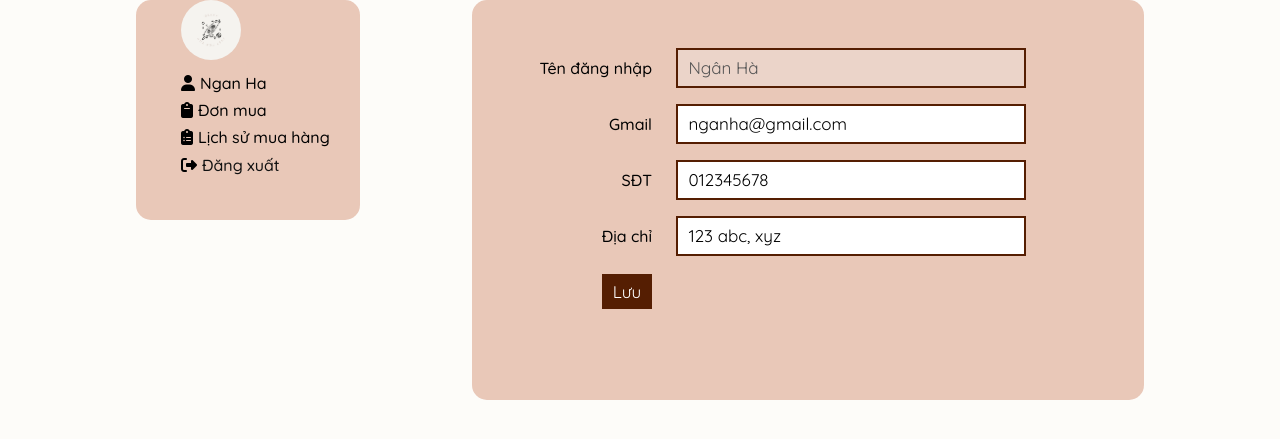
Repository: nganha241/store
Page: profile.html
These files come from the project's save history. The page is drawn as it stood at one moment and after the next save; the edit follows.
The browser window is 1280 px wide. The pictures show the whole page.
Some web libraries are served in a nearby version.

Above is the page before, as saved 2022-04-22 15:36:46.

### profile.html
<!DOCTYPE html>
<html lang="en">
  <head>
    <meta charset="UTF-8" />
    <meta http-equiv="X-UA-Compatible" content="IE=edge" />
    <meta name="viewport" content="width=device-width, initial-scale=1.0" />
    <title>Document</title>
    <link rel="stylesheet" href="style.css" />
  </head>

  <body>
    <div class="container">
      <div class="profile">
        <div class="active">
          <div class="list">
            <div class="avatar"><img src="./img/logo.png" alt="" /></div>
            <div class="name">
              <i class="fa fa-user" aria-hidden="true"></i>Ngan Ha
            </div>

            <div class="order"><i class="fas fa-clipboard"></i>Đơn mua</div>

            <div><i class="fas fa-clipboard-list"></i>Lịch sử mua hàng</div>

            <div>
              <i class="fas fa-sign-out-alt"></i><a href="#">Đăng xuất</a>
            </div>
          </div>
        </div>

        <div class="my-profile">
          <div class="list-detail">
            <div class="name">
              <form>
                <div>
                  <label>Tên đăng nhập</label>
                  <input type="text" value="Ngân Hà" disabled />
                </div>
                <div>
                  <label>Gmail</label>
                  <input type="text" value="nganha@gmail.com" />
                </div>
                <div>
                  <label>SĐT</label>
                  <input type="text" value="012345678" />
                </div>
                <div>
                  <label>Địa chỉ</label>
                  <input type="text" value="123 abc, xyz" />
                </div>
                <button>Lưu</button>
              </form>
            </div>
          </div>
        </div>
      </div>
    </div>
    <script
      src="https://kit.fontawesome.com/ae971d7ee0.js"
      crossorigin="anonymous"
    ></script>
  </body>
</html>

### style.css
@import url('https://fonts.googleapis.com/css2?family=Quicksand:wght@300;400;500;600;700&family=Space+Grotesk:wght@300;400&display=swap');

* {
    font-family: 'Quicksand', sans-serif;
    box-sizing: border-box;
}

body {
    background: #fdfcf9;
    position: relative;
    height: auto;
    padding: 0;
    margin: 0;
}

a {
    text-decoration: none;
}

li {
    list-style: none;
}

.header {
    padding: 40px 80px;
}

.header .tools {
    display: flex;
    justify-content: flex-end;
    gap: 15px;
    height: 50px;
}

.header .tools .notification,
.header .tools .account,
.header .tools .cart {
    cursor: pointer;
}

.header .tools .fa-solid {
    font-size: 22px;
    color: #ae582d;
}

.header .tools .cart {
    position: relative;
}

.header .tools .cart .cart-info {
    position: absolute;
    background: #af7355;
    right: -20px;
    top: 30px;
    z-index: 1;
    padding: 20px;
    color: #fff;
    display: none;
    border-radius: 15px;
    animation: dropdown 0.4s ease;
}

.header .tools .cart:hover .cart-info {
    display: block;
}

.header .tools .cart .cart-info .cart-card {
    width: 400px;
    height: 50px;
    margin-top: 10px;
    display: flex;
    justify-content: space-between;
    transition: 0.4s;
}

.header .tools .cart .cart-info .cart-card:hover {
    background:rgba(255, 255, 255, 0.4);
    transition: 0.4s;
}

.header .tools .cart .cart-info .cart-card .cart-card-img img {
    width: 100%;
    height: 100%;
    object-fit: cover;
}

.header .tools .cart .cart-info .cart-card .cart-pro-name {
    text-overflow: ellipsis;
    white-space: nowrap;
    overflow: hidden;
   width: 250px;
}

.header .tools .cart .cart-info .cart-card-footer {
    display: flex;
    justify-content: space-between;
    margin-top: 10px;
}

.header .tools .cart .cart-info .cart-card-footer>p {
    cursor: auto;
}

.header .tools .cart .cart-info .cart-card-footer>button {
    margin-top: 5px;
    height: 35px;
    border-radius: 5px;
    border: 0;
    font-size: 16px;
    font-weight: 500;
    cursor: pointer;
    transition: 0.4s;
}

.header .tools .cart .cart-info .cart-card-footer>button:hover {
    background: rgba(255, 255, 255, 0.7);
}

.header .tools .account span .fa-solid{
    font-size: 18px;
    color: #111;
    margin-left: 10px;
    margin-right: 15px;
}

.header .tools .account:hover .fa-solid{
    color: #ae582d;
}

.header .tools .account {
    position: relative;
}

.header .tools .account span {
    font-weight: 600;
}

.header .tools .account .acc-info {
    width: 180px;
    position: absolute;
    height: auto;
    background: #af7355;
    text-align: left;
    top: 15px;
    left: -30px;
    display: none;
    animation: dropdown 0.4s ease;
    z-index: 1;
    border-radius: 15px;
}

.header .tools .account:hover .acc-info{
    display: block;
}

.header .tools .account .acc-info li {
    padding: 10px 0;
    color: #fff;
    margin-left: -13px;
    transition: .4s;
}

.header .tools .account .acc-info li:hover {
    transform: scale(1.1);
}

.header hr {
    background: #48503c;
    margin-top: -20px;
}

.header nav {
    display: flex;
    width: 100%;
}

.header nav .logo {
    width: 50%;
    padding-top: 20px;
}

.header nav .logo a{
    font-family: 'Space Grotesk', sans-serif;
    font-size: 30px;
    color: #48503c;
    font-weight: 100;

}

.header nav .logo a:hover {
    color: #111;
}

.header nav .menu {
    display: flex;
    gap: 15px;
    padding-top: 7px;
    justify-content: flex-end;
    width: 50%;
}

.header nav .menu>li {
    float: left;
    font-size: 18px;
    position: relative;
    height: 50px;
}

.header nav .menu>li::before {
    content: "";
    position: absolute;
    width: 90%;
    height: 3px;
    top: 30px;
    right: -3px;
    background-color: #551e02;
    opacity: 0;
    transition: 0.6s;
}

.header nav .menu>li:hover::before{
    opacity: 1;
    transition: 0.6s;
}

.header nav .menu>li>a {
    color: #48503c;
    display: block;
    padding: 6px 0px 0px 15px;
}

.header nav .menu>li:hover>a {
    color: #111;
}

.header nav .menu>li .menu-child {
    margin-top: 10px;
    margin-left: -50px;
    width: 180px;
    padding-top: 10px;
    padding-bottom: 15px;
    background: #af7355;
    border-radius: 15px;
    text-align: left;
    position: absolute;
    display: none;
    animation: dropdown .3s ease;
    z-index: 1;
}

.header nav .menu>li:hover .menu-child{
    display: block;
}

.header nav .menu>li .menu-child>li {
    margin-top: 10px;
}

.header nav .menu>li .menu-child>li>a {
    transition: 0.4s;
    color: #fff;
}

.header nav .menu>li .menu-child>li:hover>a{
    display: inline;
    text-decoration: underline;
    transition: 0.4s;
}

@keyframes dropdown {
    0% {
        opacity: 0;
        transform: translateY(18px);
    }
    100% {
        opacity: 1;
        transform: none;
    }
}

.header .banner {
    width: 100%;
    height: 600px;
    display: flex;
    align-items: center;
    margin-top: 30px;
    position: relative;
}

.header .banner .slogan {
    width: 50%;
    padding-left: 60px;
    padding-right: 20px;
}

.header .banner .slogan h4 {
    color: #ae582d;
    font-family: 'Space Grotesk', sans-serif;
    font-size: 60px;
    font-weight: 200;
}

.header .banner .slogan p {
    font-size: 20px;
    color: #515a54;
    margin-top: -50px;
}

.header .banner .img-banner{
    width: 50%;
    height: 100%;
}

.header .banner .img-banner img {
    width: 100%;
    height: 100%;
    object-fit: cover;
    border-top-left-radius: 100px;
    border-bottom-right-radius: 100px;
    transition: all 0.5s ease;
}

.section {
    height: auto;
    margin-top: 100px;
    padding: 0 80px;
}

.section .into-title {
    margin-top: 100px;
    text-align: center;
}

.section .into-title h1 {
    font-family: 'Space Grotesk', sans-serif;
    font-size: 50px;
}

.section .intro {
    display: flex;
    flex-wrap: wrap;
    justify-content: space-between;
    margin-bottom: 100px;
    margin-top: 80px;
    gap: 10px;
}

.section .intro .intro-card .intro-img {
    width: 200px;
    height: 200px;
}

.section .intro .intro-card .intro-img img {
    width: 100%;
    height: 100%;
    border-radius: 50%;
}

.section .title{
    height: auto;
    width: 200px;
    background: #f4e9c7;
    text-align: center;
    margin-bottom: -15px;
}

.section .title h2 a{
    font-size: 30px;
    color: #48503c;
    font-weight: 200;
}

.products {
    display: flex;
    flex-wrap: wrap;
    justify-content: space-between;
    row-gap: 30px;
    padding: 30px 10px;
    background: rgb(244, 239, 239);
}

.products .card {
    width: 250px;
    height: 400px;
    background: #fdfcf9;
    cursor: pointer;
    transition: 0.4s;
    position: relative;
}

.products .card:hover {
    transform: scale(1.1 , 1.1);
    background: rgba(255, 255, 255, 0.4);
}

.products .card .pro-img {
    height: 330px;
}

.products .card .pro-img img{
    width: 100%;
    height: 100%;
    object-fit: cover;
}

.products .card .pro-sale-tag {
    position: absolute;
    top: -10px;
    left: -5px;
    background: #ae582d;
    width: 70px;
    height: 35px;
    font-size: 25px;
    color: #fff;
    font-weight: 500;
}

.products .card .pro-sale-tag::before{
    content: "";
    width: 5px;
    height: 6px;
    background-color: #551e02;
    position: absolute;
    left: 0px;
    top: 34.5px;
    clip-path: polygon(0 0, 100% 0, 100% 100%);
}

.products .card .pro-new-tag {
    position: absolute;
    top: 0;
    right: 5px;
    background: #af7355;
    width: 50px;
    height: 40px;
    font-size: 20px;
    color: #fff;
    font-weight: 500;
    clip-path: polygon(0 75%, 0 0, 100% 0, 100% 75%, 50% 100%);
}

.products .card .pro-name {
    font-size: 18px;
    text-overflow: ellipsis;
    white-space: nowrap;
    overflow: hidden;
}

 .products .card .pro-price {
    font-size: 15px;
}

 .products .card .add-cart {
    margin-top: -220px;
}

.products .card .add-cart button{
    opacity: 0;
    height: 40px;
    background: #af7355;
    border: 0;
    cursor: pointer;
    transition: 0.4s;
    color: #fff;
    margin-left: 85px;
}

.products .card:hover .add-cart button {
    transition: 0.4s;
    opacity: 1;
}

.products .card .add-cart button:hover {
    transform: scale(1.1);
    background: #ae582d;
}

.about-us {
    margin-top: 100px;
}

.about-img {
    height: 400px;
}

.about-img img{
    width: 100%;
    height: 100%;
    object-fit: cover;
}

.about-us .about-text {
    padding: 40px 140px;
    text-align: center;
    color: #515a54;
}

.about-us .about-text h5 {
    font-size: 20px;
    font-weight: 500;
}

.about-us .about-text p {
    line-height: 1.6;
    font-size: 15px;
}

.section .featured {
    height: auto;
    margin-top: 100px;
    position: relative;
}

.section .featured .list-slider {
    background: rgb(244, 239, 239);
}

.section .featured .list-slider .slide {
    display: none;
}

.section .featured .list-slider .slide.show {
    display: block;
    transition: 0.4s;
}

.section .featured .list-slider .slide .fade {
    height: 400px;
    display: flex;
    /* gap: 30px; */
    justify-content: space-between;

}

.section .featured .list-slider .slide .fade .featured-img {
    width: 60%;
}

.section .featured .list-slider .slide .fade .featured-img img{
    height: 100%;
    width: 100%;
    object-fit: cover;
    transition: 0.5s;
}

.section .featured .list-slider .slide:hover .fade .featured-img img{
    transform: translate(0, -42px);
}

.section .featured .list-slider .slide .fade .featured-more {
    text-align: center;
    padding-top: 150px;
    line-height: 1.8;
}

.section .featured .list-slider .slide .fade .featured-more .featured-name {
    font-size: 25px;
    text-overflow: ellipsis;
    white-space: nowrap;
    overflow: hidden;
    width:250px;
    transition: 0.4s;
}

.section .featured .list-slider .slide .fade .featured-more .featured-price {
    font-size: 18px;

}

.section .featured .list-slider .slide .fade .featured-more .featured-sold {
    font-size: 18px;
}

.section .featured .list-slider .slide .fade .featured-more .featured-sold span {
    margin-left: 10px;
}

.section .featured .list-slider .slide .fade .featured-choose {
    height: 400px;
    width: 60px;
    background: #ae582d;
    opacity: 0;
    transition: 0.4s;
    writing-mode: vertical-rl;
    text-orientation: mixed;
    text-align: center;
    font-size: 30px;
    color: #fff;
    cursor: pointer;
    padding-right: 10px;
}

.section .featured .list-slider .slide .fade:hover .featured-choose {
    opacity: 1;
    transition: 0.6s;
}

.section .featured .list-slider .slide .fade .featured-choose .fas {
    transition: 0.6s;
}

.section .featured .list-slider .slide .fade .featured-choose:hover .fas {
    margin-top: 20px;
    transform: scale(1.5 , 1.5);
    transition: 0.4s;
}

.section .featured .featured-button {
    position: absolute;
    top: 50%;
    font-size: 60px;
    color: #515a54;
    cursor: pointer;
    transition: 0.4s;
}

.section .featured .featured-button.pre {
    left: -40px;
    transition: 0.4s;
}

.section .featured .featured-button.next {
    right: -40px;
    transition: 0.4s;
}

.section .featured .featured-button.pre:hover,
.section .featured .featured-button.next:hover {
    color: #ae582d;
    transform: scale(1.2);

}

.section .sale {
    margin-top: 100px;
}

.section .sale-banner {
    display: flex;
    justify-content: space-between;
    height: 350px;
    gap: 10px;
}

.section .sale .sale-banner .sale-img {
    width: 50%;
}

.section .sale .sale-banner .sale-img img{
    width: 100%;
    height: 100%;
    object-fit: cover;
}

.detail .related-products,
.section .sale .sale-products {
    position: relative;
    transition: 0.4s;
}

.detail .related-products .related-control,
.section .sale .sale-products .sale-control {
    position: absolute;
    top: 50%;
    transform: translateY(-20px);
    font-size: 40px;
    color: #ae582d;
    cursor: pointer;
}


.detail .related-products .related-control.related-pre,
.section .sale .sale-products .sale-control.sale-pre {
    left: 16px;
    z-index: 1;
}


.detail .related-products .related-control.related-next,
.section .sale .sale-products .sale-control.sale-next {
    right: 10px;
}


.detail .related-products .related-card,
.section .sale .sale-products .sale-card{
    display: flex;
    justify-content: space-between;
    align-items: center;
    gap: 10px;
    height: 400px;
    overflow: hidden;
    padding-left: 10px;
}

.detail .related-products .related-card .related-box,
.section .sale .sale-products .sale-card .sale-box{
    width: 210px;
    height: 280px;
    position: relative;
    transition: 0.4s;
    cursor: pointer;
}

.detail .related-products .related-card .related-box .tag-sale,
.section .sale .sale-products .sale-card .sale-box .tag-sale {
    background: #ae582d;
    position: absolute;
    top: -10px;
    width: 60px;
    height: 30px;
    left: -5px;
    text-align: center;
}

.detail .related-products .related-card .related-box .tag-sale p,
.section .sale .sale-products .sale-card .sale-box .tag-sale p {
    display: inline;
    font-size: 20px;
    color: #fff;
    font-weight: 600;
}

.detail .related-products .related-card .related-box .tag-sale::before,
.section .sale .sale-products .sale-card .sale-box .tag-sale::before {
    content: '';
    background-color: #551e02;
    display: inline-block;
    width: 5px;
    height: 5px;
    position: absolute;
    bottom: -5px;
    right: 55px;
    clip-path: polygon(0 0, 100% 0, 100% 100%);
}

.detail .related-products .related-card .related-box img,
.section .sale .sale-products .sale-card .sale-box img {
    width: 100%;
    height: 100%;
    object-fit: cover;
}

.detail .related-products .related-card .related-box:hover,
.section .sale .sale-products .sale-card .sale-box:hover {
    transform: scale(0.9);
    color: #111;
}

.detail .related-products .related-card .related-box .related-name,
.section .sale .sale-products .sale-card .sale-box .sale-name {
    text-overflow: ellipsis;
    white-space: nowrap;
    overflow: hidden;
}

.detail .related-products .related-card .related-box .related-name a,
.section .sale .sale-products .sale-card .sale-box .sale-name a{
    color: #48503c;
    font-weight: 500;
}

.detail .related-products .related-card .related-box .related-price,
.section .sale .sale-products .sale-card .sale-box .sale-price {
    font-size: 14px;
    color: #48503c;
}

.footer {
    width: auto;
    font-weight: 500;
    background: rgb(244, 239, 239);
    margin-top: 100px;
    display: flex;
    justify-content: space-around;
    align-items: center;
}

.footer .infomation>ul>li {
    margin-bottom: 10px;
}

.footer .infomation>ul>li>span {
    margin-left: 10px;
}

.footer .menu-footer>ul>li {
    margin-bottom: 5px;
    transition: 0.4s;
}

.footer .menu-footer>ul>li>a {
    color: #111;
}

.footer .menu-footer>ul>li:hover {
    transform: scale(1.1);
    transition: 0.4s;
}

.footer .coppyright {
    padding-top: -200px;
}

.footer .support>input{
    border: 2px solid #551e02;
    height: 30px;
}

.footer .support>button {
    border: 0;
    background: #ae582d;
    height: 30px;
    color: #fff;
    cursor: pointer;
    transition: .4s;
}

.footer .support>button:hover {
    transform: scale(1.1);
}


/* SHOP */
.container {
    padding: 0 80px;
}
.container .search {
    text-align: center;
    height: 40px;
    font-size: 18px;
    margin-top: -30px;
}

.container .search>input {
    width: 800px;
    height: 100%;
    border: 2px solid #551e02;
    padding: 0 10px;
}

.container .search>input:focus {
    outline: none;
}

.container .search>button {
    height: 100%;
    width: 60px;
    margin-left: -6px;
    background: #551e02;
    border: 0;
}

.container .search>button .fa {
    color: #fff;
}

.container .shop-content {
    margin-top: 50px;
    display: flex;
    width: 100%;
}

.container .shop-content .filter {
    width: 65%;
}

.container .shop-content .filter h5{
    font-size: 17px;
}

.container .shop-content .filter ul {
    margin-left: -30px;
    margin-top: -10px;
}

.container .shop-content .filter ul li {
    margin-top: 10px;
}

.container .shop-content .shop-products .products {
    background: #fdfcf9;
}

.container .shop-content .shop-products .products .card {
    height: 280px;
    width: 200px;
    background: rgb(243, 241, 241);
}

.container .shop-content .shop-products .products .card .pro-img {
    height: 230px;
}

.container .detail .detail-product {
    display: flex;
}

.container .detail .detail-product .detail-img {
    width: 400px;
}

.container .detail .detail-product .detail-img .img-main{
    height: 500px;
    position: relative;
}

.container .detail .detail-product .detail-img .img-main img {
    width: 100%;
    height: 100%;
    object-fit: cover;
}

.container .detail .detail-product .detail-img .img-child {
    margin-top: 10px;
    height: 80px;
    display: flex;
    gap: 10px;
    cursor: pointer;
    overflow: hidden;
}

.container .detail .detail-product .detail-img .img-child  img {
    width: calc(400px / 5);
    height: 100%;
    object-fit: cover;
}

.container .detail .detail-product .detail-img .detail-img-slide {
    position: relative;
}

.container .detail .detail-product .detail-img .detail-img-slide .detail-control {
    position: absolute;
    top: 40%;
    font-size: 20px;
    color: #ae582d;
    transition: 0.2s;
}

.container .detail .detail-product .detail-img .detail-img-slide .detail-control:hover {
    transform: scale(1.1);
}

.container .detail .detail-product .detail-img .detail-img-slide .detail-control.detail-next {
    right: 0;
}

.container .detail .detail-product .detail-info {
    margin-left: 50px;
    font-weight: 500;
}

.container .detail .detail-product .detail-info>ul>li {
    margin-bottom: 20px;
}

 .detail .detail-product .detail-info .detail-name {
    font-size: 40px;
}


.detail .detail-info .detail-price {
    font-size: 45px;
    color: #551e02;
}

.detail .detail-info .detail-color button,
.detail .detail-info .detail-size button{
    height: 30px;
    background: none;
    border: 1px solid #ccc;
    cursor: pointer;
    line-height: 1.4;
}

.detail .detail-info .detail-color button.active,
.detail .detail-info .detail-size button.active {
    border:  1px solid #ae582d;
    background: #f4e9c7;
}

.detail .detail-info .detail-color button:hover,
.detail .detail-info .detail-size button:hover {
    border: 1px solid #ae582d;
}

.detail .detail-info .detail-color button:nth-child(1),
.detail .detail-info .detail-size button:nth-child(1) {
    margin-left: 20px;
}

 .detail .detail-product .detail-info .detail-quantity {
    display: flex;
    align-items: center;
}

.detail .detail-product .detail-info .detail-quantity .quantity-pre {
    margin-left: 20px;
}

 .detail .detail-product .detail-info .detail-quantity .quantity-pre,
.detail .detail-product .detail-info .detail-quantity .quantity,
 .detail .detail-product .detail-info .detail-quantity .quantity-next {
    width: 30px;
    height: 30px;
    border: 1px solid #ccc;
    text-align: center;
    cursor: pointer;
}

 .detail .detail-product .detail-info .detail-quantity .quantity {
    width: 50px;
    cursor: default;
}

.detail .detail-product .detail-info .ship .fas,
.detail .detail-product .detail-info .return .fas {
    color: #551e02;
    margin-right: 5px;
}

.detail .detail-product .detail-info .detail-choose button{
    height: 40px;
    font-size: 18px;
    cursor: pointer;
}

.detail .detail-product .detail-info .detail-choose .detail-add {
    border: 1px solid #ae582d;
    background: #f4e9c7;
    color: #ae582d;
}

.detail .detail-product .detail-info .detail-choose .detail-add:hover {
    background: rgba(244, 218, 207, 0.8);
}

.detail .detail-product .detail-info .detail-choose .buy {
    background: rgba(161, 58, 7, 0.9);
    border: none;
    margin-left: 10px;
    color: #fff;
}

.detail .detail-product .detail-info .detail-choose .buy:hover {
    background: #ae582d;
}

.detail .detail-description {
    margin-top: 100px;
    margin-bottom: 50px;
    line-height: 1.8;
}

.detail h2 {
    margin-bottom: -30px;
}

.detail .pro-new-tag{
    position: absolute;
    top: 0;
    right: 5px;
    background: #af7355;
    width: 50px;
    height: 40px;
    font-size: 20px;
    color: #fff;
    font-weight: 500;
    clip-path: polygon(0 75%, 0 0, 100% 0, 100% 75%, 50% 100%);
}

.container .profile {
    display: flex;
    justify-content: space-around;
    font-weight: 500;
}

.container .profile .active ul {
    line-height: 1.8;
}

.container .profile .active {
    width: 20%;
    background: rgba(231, 195, 178, 0.9);
    border-radius: 15px;
    cursor: pointer;
    height: 220px;
}

.container .profile .active .list {
    margin-left: 45px;
    line-height: 1.7;
}

.container .profile .active .list i {
    margin-right: 5px;
}
.container .profile .active ul>li>i {
    margin-right: 10px;
}

.container .profile .active a {
    color: #111;
}

.container .profile .active li:hover {
    color: #551e02;
}

.container .profile .active  .avatar {
    width: 60px;
    height: 60px;
    cursor: default;
    margin-bottom: 10px;
}

.container .profile .active  .avatar img {
    width: 100%;
    height: 100%;
    border-radius: 50%;
    object-fit: cover;
}

.container .profile .my-profile {
    width: 60%;
    height: 400px;
    background: rgba(231, 195, 178, 0.9);
    border-radius: 15px;
    position: relative;
}

.container .profile .my-profile .list-detail .name  form{
    line-height: 3.5;
    padding: 40px;
}

.container .profile .my-profile .list-detail .name label{
    display: inline-block;
    width: 140px;
    text-align: right;
    margin-right: 20px;
}

.container .profile .my-profile .list-detail .name input {
    width: 350px;
    height: 40px;
    border: 2px solid #551e02;
    font-size: 17px;
    padding: 0 10px;
}

.container .profile .my-profile .list-detail .name input:focus{
    outline: none;
}

.container .profile .my-profile .list-detail .name  form button {
    margin-left: 90px;
    height: 35px;
    width: 50px;
    font-size: 17px;
    background:  #551e02;
    border: none;
    color: #fff;
    cursor: pointer;
}

After the next save:
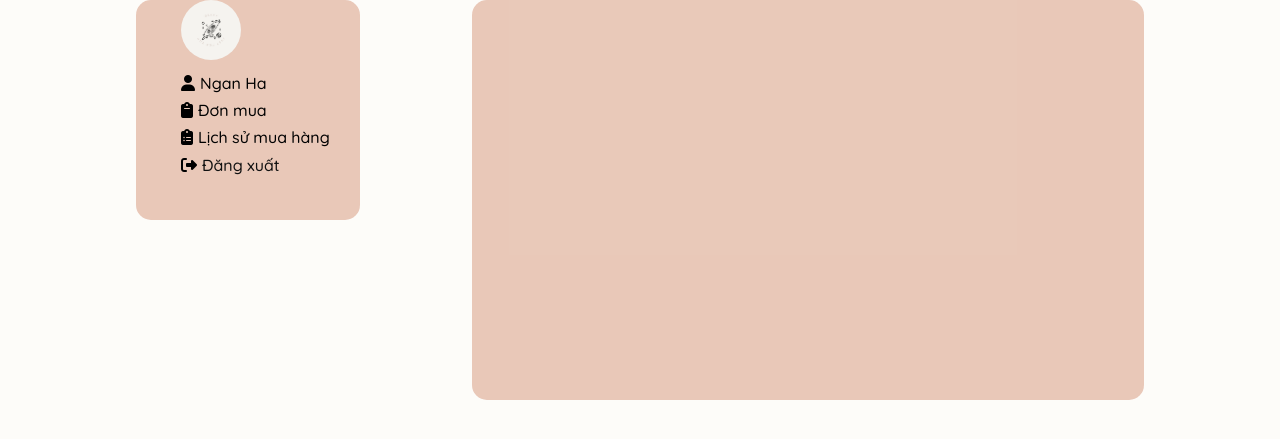
Saved 53 s later.
--- a/profile.html
+++ b/profile.html
@@ -30,7 +30,7 @@
 
         <div class="my-profile">
           <div class="list-detail">
-            <div class="name">
+            <!-- <div class="name">
               <form>
                 <div>
                   <label>Tên đăng nhập</label>
@@ -50,7 +50,7 @@
                 </div>
                 <button>Lưu</button>
               </form>
-            </div>
+            </div> -->
           </div>
         </div>
       </div>
